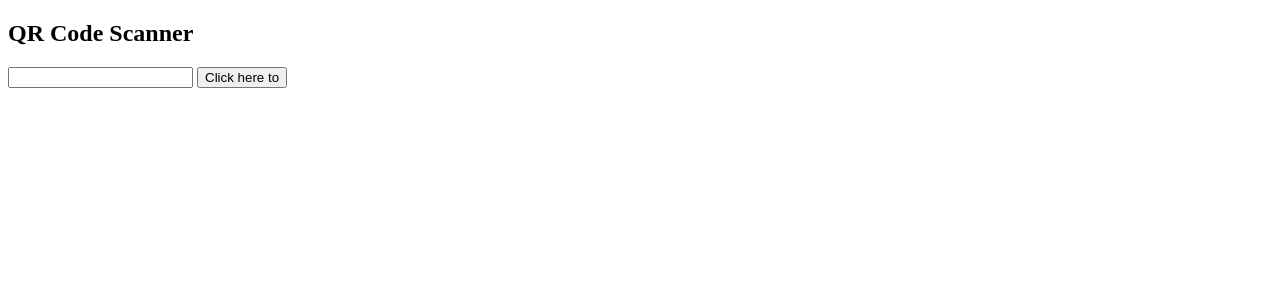
Repository: JunaidAnsari202/QR-Scanner
Page: index.html
An editor plug-in stored every save of this project. The page is shown before and after a run of saves, followed by the edit.
The browser window is 1280 px wide. The pictures show the whole page.

Above is the page before, as saved 2024-10-12 12:06:21.

### index.html
<!DOCTYPE html>
<html lang="en">
<head>
    <meta charset="UTF-8">
    <meta name="viewport" content="width=device-width, initial-scale=1.0">
    <title>Document</title>
</head>
<body>
    <div class="qr-container">
        <h2>QR Code Scanner</h2>
        <input type="text" id="qr-input">
        <button id="qr-button">Click here to </button>
        <img src="" alt="" id="qr-img">
    </div>
</body>
<script src="scripit.js"></script>
</html>

Loaded but not shown: scripit.js (no copy from this time; the picture is the same without it)

After the next 4 saves:
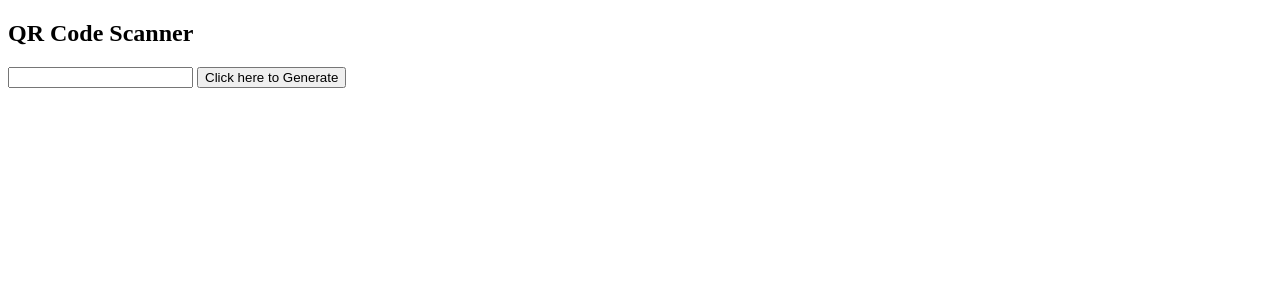
The 4 saves are shown as one change because they came seconds apart.
The last was saved 18 s later.
--- a/index.html
+++ b/index.html
@@ -9,7 +9,7 @@
     <div class="qr-container">
         <h2>QR Code Scanner</h2>
         <input type="text" id="qr-input">
-        <button id="qr-button">Click here to </button>
+        <button id="qr-button">Click here to Generate </button>
         <img src="" alt="" id="qr-img">
     </div>
 </body>
